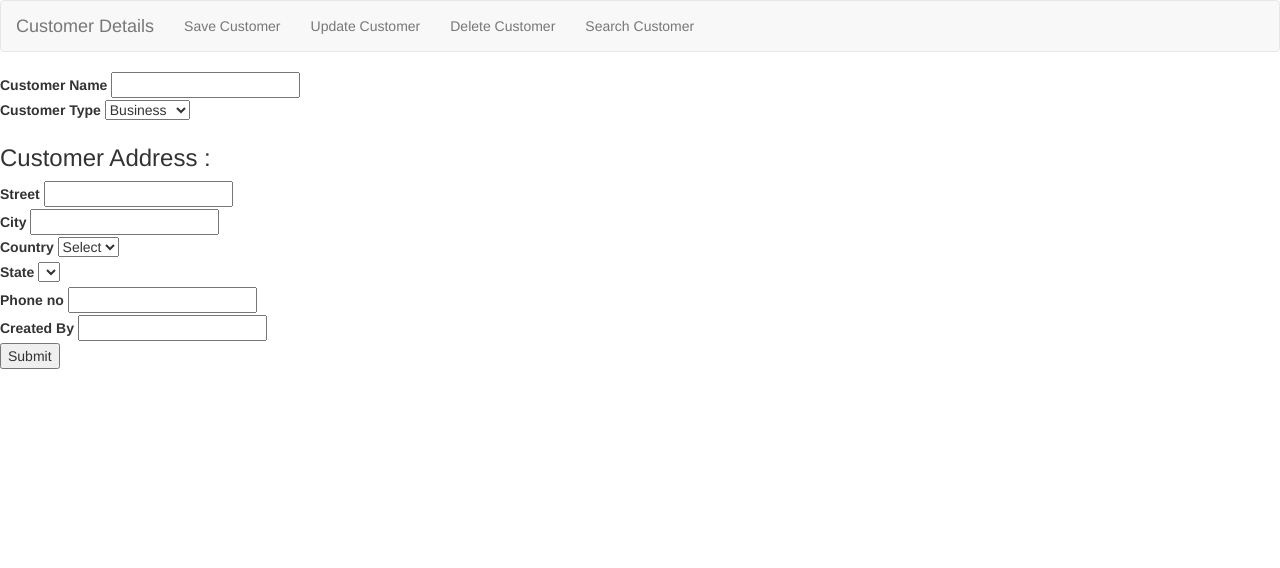
Repository: bharathsanga/AssignmentCustomer
Page: http://localhost/bms/saveCustomer.jsp
These files come from the project's save history. The page is drawn as it stood at one moment and after the next save; the edit follows.
The browser window is 1280 px wide. The pictures show the whole page.
The page is served by Tomcat 9. Other server files are loaded and not shown. The template is opened directly, without the code that normally fills it, so the values that code supplies are empty.

Above is the page before, as saved 2021-12-08 11:45:18.

### Assignment1/bms/src/main/webapp/saveCustomer.jsp
<%@ page language="java" contentType="text/html; charset=ISO-8859-1"
	pageEncoding="ISO-8859-1"%>
<%@ taglib uri="http://java.sun.com/jsp/jstl/core" prefix="c"%>
<%@ page isELIgnored="false"%>
<!DOCTYPE html>
<html>
<head>
<meta charset="ISO-8859-1">
<title>Insert title here</title>
<script>
function populate(s1,s2){
	var s1 = document.getElementById(s1);
	var s2 = document.getElementById(s2);
	s2.innerHTML = "";


	if(s1.value == "India"){

		var optionArray =[
			<c:forEach items="${indiaList}" var="state" varStatus="status">
		    '${ state. name}'
		    <c:if test="${!status.last}">
		      ,
		    </c:if>
		    </c:forEach>
		];
	}
	else if(s1.value == "Australia"){
		var optionArray =[
			<c:forEach items="${australiaList}" var="state" varStatus="status">
		    '${ state. name}'
		    <c:if test="${!status.last}">
		      ,
		    </c:if>
		    </c:forEach>
		];

	}

	for(var option in optionArray){
		var pair = optionArray[option];
		var newOption = document.createElement("option");
		newOption.value = pair;
		newOption.innerHTML = pair;
		s2.options.add(newOption);
	}
}
</script>
<meta name="viewport" content="width=device-width, initial-scale=1">
<link rel="stylesheet"
	href="https://maxcdn.bootstrapcdn.com/bootstrap/3.4.1/css/bootstrap.min.css">
<script
	src="https://ajax.googleapis.com/ajax/libs/jquery/3.5.1/jquery.min.js"></script>
<script
	src="https://maxcdn.bootstrapcdn.com/bootstrap/3.4.1/js/bootstrap.min.js"></script>
</head>
<body>
	<nav class="navbar navbar-default">
		<div class="container-fluid">
			<div class="navbar-header">
				<a class="navbar-brand">Customer Details</a>
			</div>
			<ul class="nav navbar-nav">

				<li><a href="save">Save Customer</a></li>
				<li><a href="update">Update Customer</a></li>
				<li><a href="delete">Delete Customer</a></li>
				<li><a href="search">Search Customer</a></li>
			</ul>
		</div>
	</nav>

	<form action="save" method="post">
		<div>
			<label>Customer Name </label> <input type="text" name="name">
		</div>

		<div>
			<label for="type">Customer Type</label> <select name="type" id="type">
				<option value="business">Business</option>
				<option value="startup">Startup</option>
				<option value="employee">Employee</option>
				<option value="marketing">Marketing</option>
			</select>
		</div>
		<h3>Customer Address :</h3>
		<div>
			<label>Street</label> <input type="text" name="street">
		</div>

		<div>
			<label>City</label> <input type="text" name="city">
		</div>

		<div>
			<label for="country">Country</label> <select id="country" name="country" class="company"
						onchange="populate(this.id,'state')">
						<option>Select</option>

						<c:forEach var="listValue" items="${countryList}">

							<option>${listValue.name}</option>

							<br>
						</c:forEach>


					</select>

		</div>

		<div>
			<label for="state"> State </label> <select id="state" name="state" >



					</select>
		</div>

		<div>
			<label>Phone no</label> <input type="number" name="phone">
		</div>
		<div>
			<label>Created By</label> <input type="text" name="createdby">
		</div>

		<div>
			<button type="submit">Submit</button>
		</div>

	</form>
</body>
</html>

After the next save:
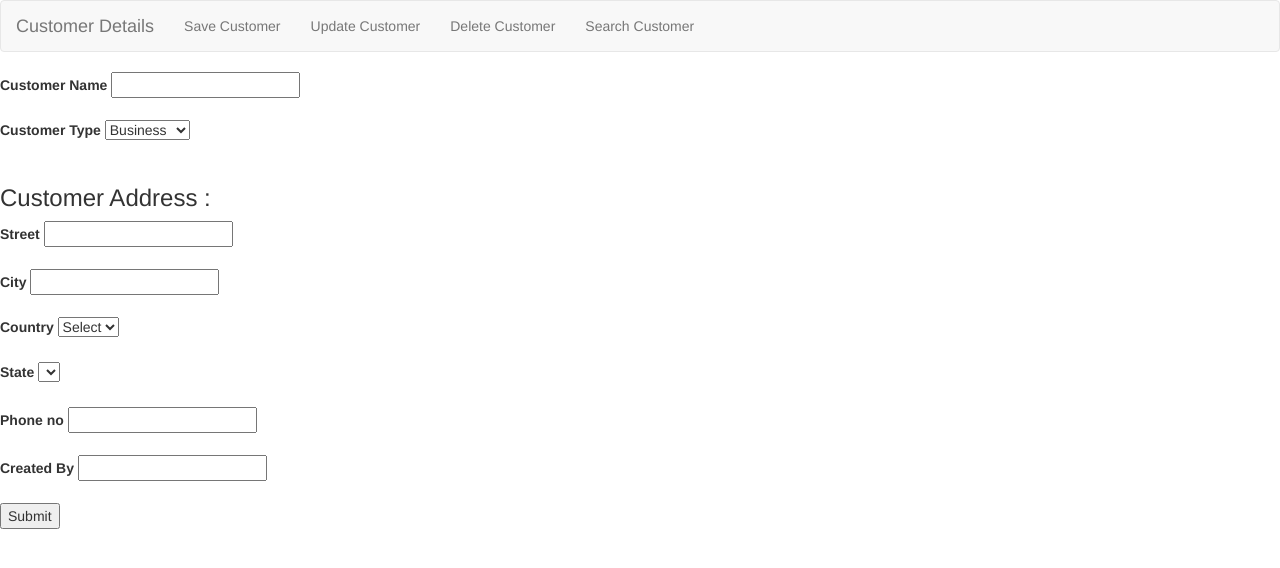
Saved 71 s later.
--- a/Assignment1/bms/src/main/webapp/saveCustomer.jsp
+++ b/Assignment1/bms/src/main/webapp/saveCustomer.jsp
@@ -73,7 +73,7 @@ function populate(s1,s2){
 	<form action="save" method="post">
 		<div>
 			<label>Customer Name </label> <input type="text" name="name">
-		</div>
+		</div><br>
 
 		<div>
 			<label for="type">Customer Type</label> <select name="type" id="type">
@@ -82,15 +82,15 @@ function populate(s1,s2){
 				<option value="employee">Employee</option>
 				<option value="marketing">Marketing</option>
 			</select>
-		</div>
+		</div><br>
 		<h3>Customer Address :</h3>
 		<div>
 			<label>Street</label> <input type="text" name="street">
-		</div>
+		</div><br>
 
 		<div>
 			<label>City</label> <input type="text" name="city">
-		</div>
+		</div><br>
 
 		<div>
 			<label for="country">Country</label> <select id="country" name="country" class="company"
@@ -107,7 +107,7 @@ function populate(s1,s2){
 
 					</select>
 
-		</div>
+		</div><br>
 
 		<div>
 			<label for="state"> State </label> <select id="state" name="state" >
@@ -115,14 +115,14 @@ function populate(s1,s2){
 
 
 					</select>
-		</div>
+		</div><br>
 
 		<div>
 			<label>Phone no</label> <input type="number" name="phone">
-		</div>
+		</div><br>
 		<div>
 			<label>Created By</label> <input type="text" name="createdby">
-		</div>
+		</div><br>
 
 		<div>
 			<button type="submit">Submit</button>
